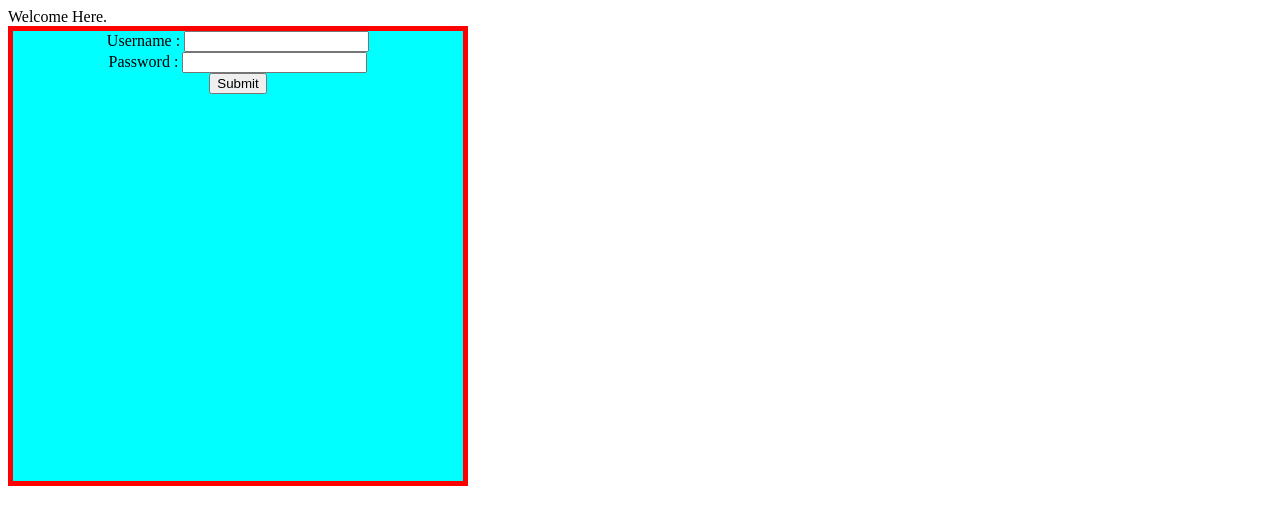
Repository: sunil965/JavaRepo
Page: WebProject/WebContent/index.html
The author's editor kept a copy of each file at every save. The page is drawn from the files as they stood at one save, then again after the next save.
The browser window is 1280 px wide. The pictures show the whole page.

Above is the page before, as saved 2017-04-26 11:03:07.

### WebProject/WebContent/index.html
<!DOCTYPE html>
<html>
<head>
<meta charset="UTF-8">
<title>Insert title here</title>
</head>
<style>
.div{
   border: 5px solid red;
   height: 450px;
   width: 450px;
   background-color: cyan;


}
</style>
<body>

<div><hi>Welcome Here.</hi></div>

<div class="div">
<center>
<form action="LoginServlet" method="get">
Username : <input type="text" id="name"><br>
Password : <input type="password" id="name"><br>
<input type="submit">
</form>
</center>
</div>


</body>
</html>

After the next save:
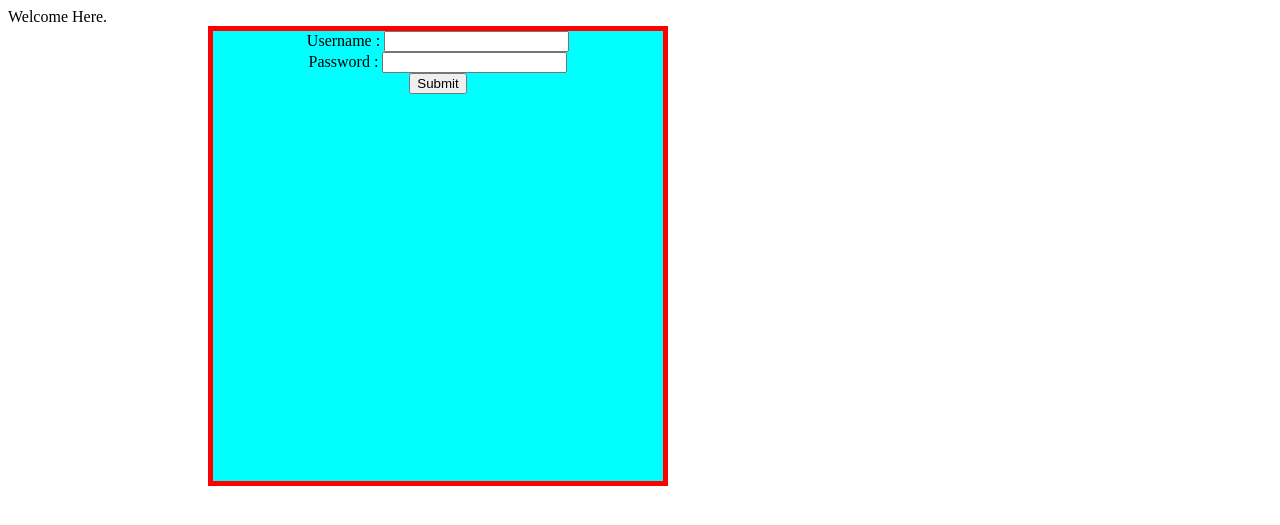
Saved 36 s later.
--- a/WebProject/WebContent/index.html
+++ b/WebProject/WebContent/index.html
@@ -10,7 +10,7 @@
    height: 450px;
    width: 450px;
    background-color: cyan;
-
+   margin-left: 200px;
 
 }
 </style>
